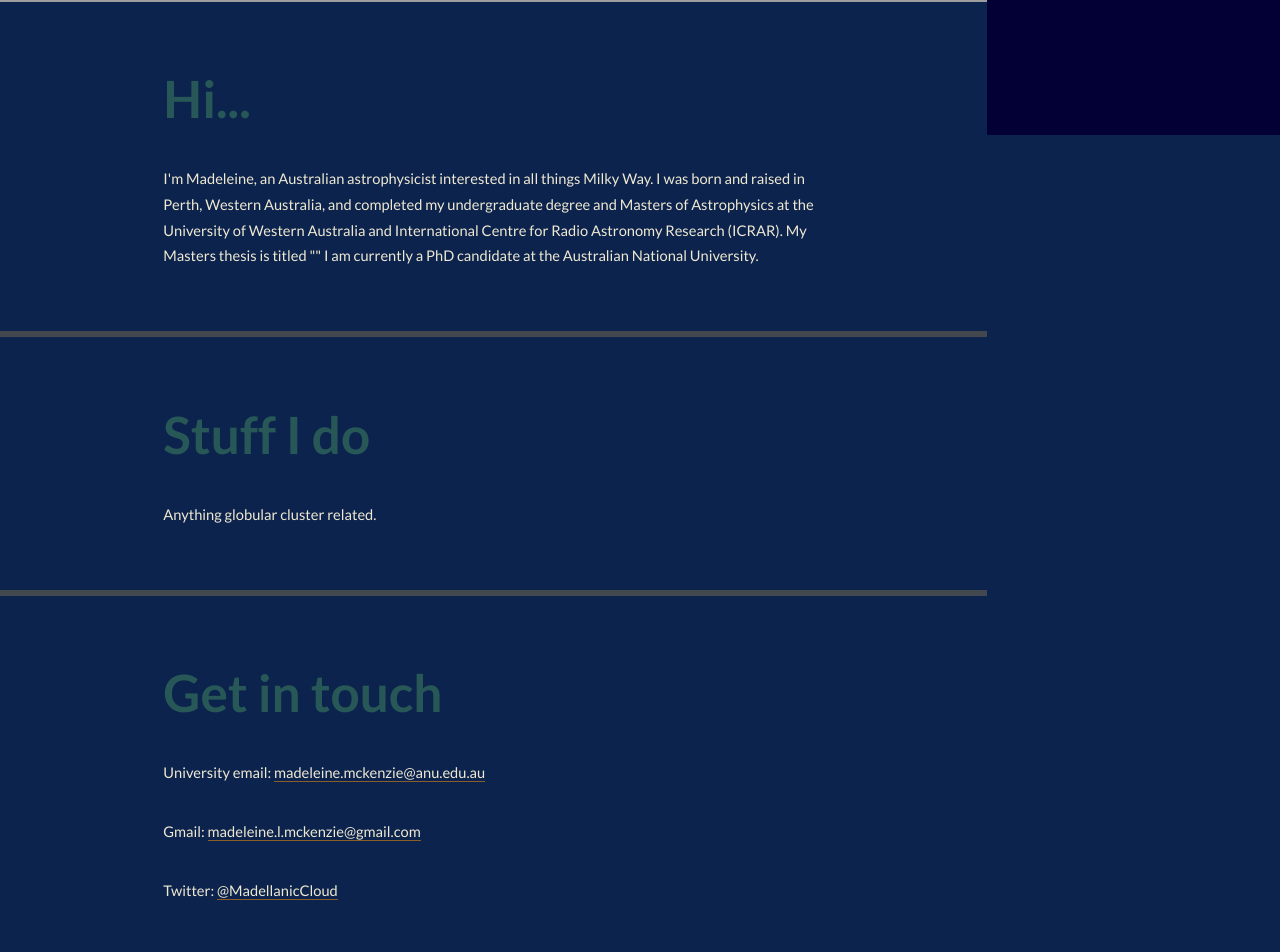
Repository: madeleine-mckenzie/madeleine-mckenzie.github.io
Page: index.html
These files come from the project's save history. The page is drawn as it stood at one moment and after the next save; the edit follows.
The browser window is 1280 px wide. The pictures show the part of the page from y = 585 to 1537 px (the page is 1746 px tall before and 1823 px after).
Pictures or frames that could not be fetched are drawn as grey boxes. Backgrounds fixed to the window are drawn as part of the page.

Above is the page before, as saved 2023-11-11 19:07:24.

### index.html
<!DOCTYPE HTML>
<!--
    Read Only by HTML5 UP
    html5up.net | @ajlkn
    Free for personal and commercial use under the CCA 3.0 license (html5up.net/license)
-->
<html>
    <head>
        <title>M. McKenzie</title>
        <meta charset="utf-8" />
        <meta name="viewport" content="width=device-width, initial-scale=1, user-scalable=no" />
        <link rel="stylesheet" href="assets/css/main.css" />
        <style>
            /* Custom style */
            body {
                background: url('images/2023_ANU_3MT_20230727_ANU2022 3.jpg') no-repeat center center fixed;
                background-size: cover;
            }
        </style>
    </head>
    <body class="is-preload">

        <!-- Header -->
        <section id="header">
            <header>
                <!-- Avatar image next to name -->
                <span class="image avatar"><img src="images/IG_DP.jpeg" alt="Madeleine L. McKenzie" /></span>
                <h1>Madeleine L. McKenzie</h1>
                <p>PhD candidate at the Australian National University</p>
            </header>
            <nav id="nav">
                <ul>
                    <li><a href="#one" class="active">About</a></li>
                    <li><a href="#two">My Work</a></li>
                    <li><a href="#three">Contact</a></li>
                </ul>
            </nav>
        </section>

        <!-- Wrapper -->
        <div id="wrapper">

            <!-- Main -->
            <div id="main">

                <!-- One -->
                <section id="one">
                    <div class="image main" data-position="center">
                        <!-- Top banner image -->
                        <img src="images/2023_ANU_3MT_20230727_ANU2022.jpg" alt="" />
                    </div>
                    <div class="container">
                        <header class="major">
                            <h2>Hi...</h2>
                        </header>
                        <p>I'm Madeleine, an Australian astrophysicist interested in all things Milky Way. I was born and raised in Perth, Western Australia,
                            and completed my undergraduate degree and Masters of Astrophysics at the University of Western Australia and International Centre
                            for Radio Astronomy Research (ICRAR). My Masters thesis is titled ""
                            I am currently a PhD candidate at the Australian National University.
                        </p>
                    </div>
                </section>

                <!-- Two -->
                <section id="two">
                    <div class="container">
                        <header class="major">
                            <h2>Stuff I do</h2>
                        </header>
                        <p>Anything globular cluster related.</p>
                        <!-- Icons grid here -->
                    </div>
                </section>

                <!-- Three -->
                <section id="three">
                    <div class="container">
                        <header class="major">
                            <h2>Get in touch</h2>
                        </header>
                        <p>University email: <a href="mailto:madeleine.mckenzie@anu.edu.au">madeleine.mckenzie@anu.edu.au</a></p>
                        <p>Gmail: <a href="mailto:madeleine.l.mckenzie@gmail.com">madeleine.l.mckenzie@gmail.com</a></p>
                        <p>Twitter: <a href="https://twitter.com/MadellanicCloud" target="_blank">@MadellanicCloud</a></p>
                    </div>
                </section>

            </div>

            <!-- Footer -->
            <section id="footer">
                <div class="container">
                    <ul class="icons">
                        <!-- Social media icons here -->
                        <li><a href="#" class="icon brands fa-twitter"><span class="label">Twitter</span></a></li>
                        <li><a href="#" class="icon brands fa-facebook-f"><span class="label">Facebook</span></a></li>
                        <li><a href="#" class="icon brands fa-instagram"><span class="label">Instagram</span></a></li>
                        <li><a href="#" class="icon brands fa-github"><span class="label">Github</span></a></li>
                        <li><a href="#" class="icon solid fa-envelope"><span class="label">Email</span></a></li>
                    </ul>
                    <ul class="copyright">
                        <li>&copy; M. McKenzie</li>
                        <li>Design: <a href="http://html5up.net">HTML5 UP</a></li>
                    </ul>
                </div>
            </section>

        </div>

        <!-- Scripts -->
        <script src="assets/js/jquery.min.js"></script>
        <script src="assets/js/jquery.scrollex.min.js"></script>
        <script src="assets/js/jquery.scrolly.min.js"></script>
        <script src="assets/js/browser.min.js"></script>
        <script src="assets/js/breakpoints.min.js"></script>
        <script src="assets/js/util.js"></script>
        <script src="assets/js/main.js"></script>

    </body>
</html>

Loaded but not shown: assets/css/fontawesome-all.min.css (library); assets/js/jquery.min.js (library); assets/js/jquery.scrollex.min.js (common file); assets/js/jquery.scrolly.min.js (common file); assets/js/browser.min.js (common file); assets/js/breakpoints.min.js (common file); assets/js/util.js (587 lines, source omitted); assets/js/main.js (159 lines, source omitted); assets/css/main.css (3340 lines, source omitted)

After the next save:
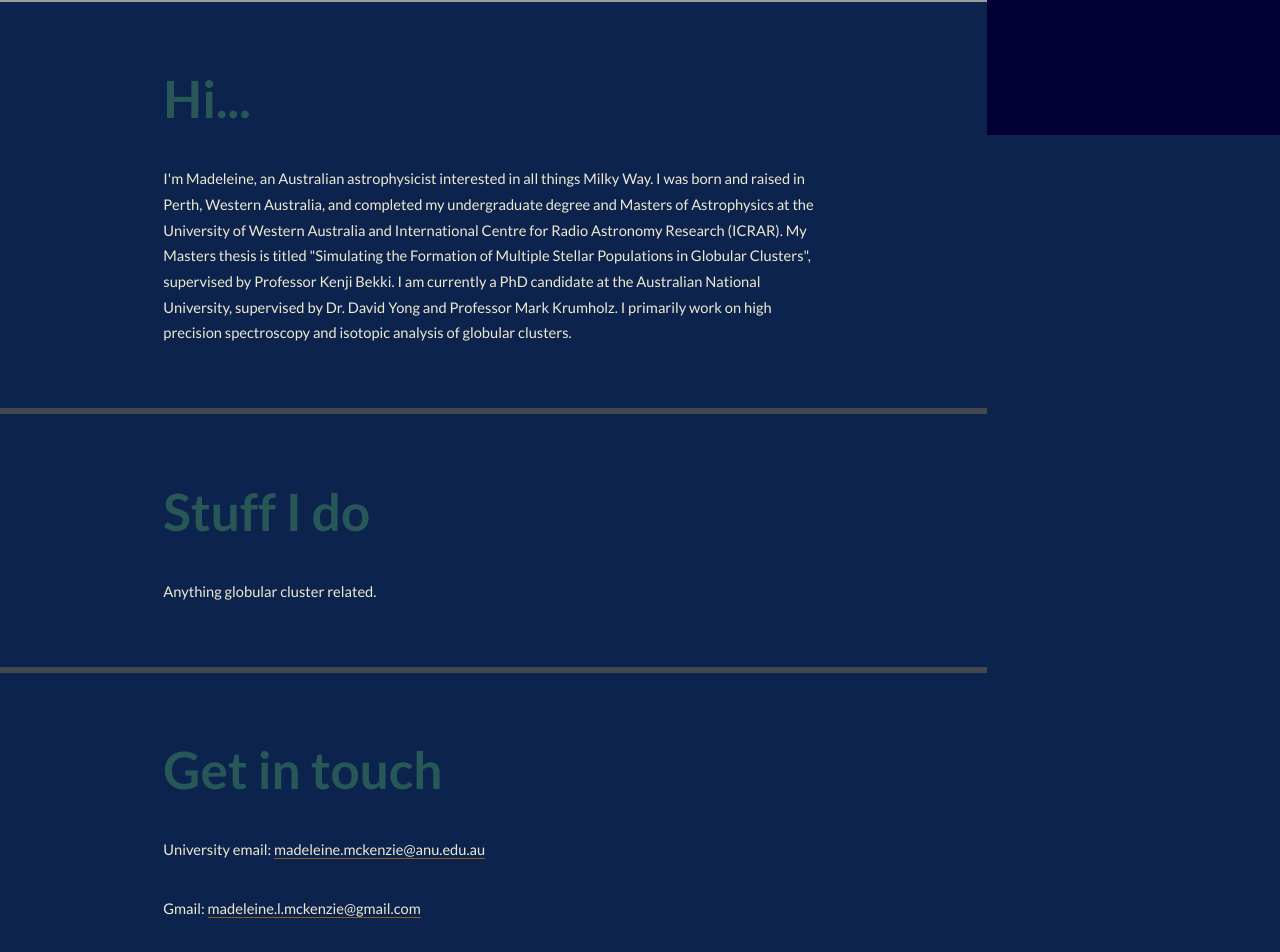
Saved 111 s later.
--- a/index.html
+++ b/index.html
@@ -55,8 +55,9 @@
                         </header>
                         <p>I'm Madeleine, an Australian astrophysicist interested in all things Milky Way. I was born and raised in Perth, Western Australia,
                             and completed my undergraduate degree and Masters of Astrophysics at the University of Western Australia and International Centre
-                            for Radio Astronomy Research (ICRAR). My Masters thesis is titled ""
-                            I am currently a PhD candidate at the Australian National University.
+                            for Radio Astronomy Research (ICRAR). My Masters thesis is titled "Simulating the Formation of Multiple Stellar Populations in Globular Clusters", supervised
+                            by Professor Kenji Bekki. I am currently a PhD candidate at the Australian National University, supervised by Dr. David Yong and Professor Mark Krumholz.
+                            I primarily work on high precision spectroscopy and isotopic analysis of globular clusters.
                         </p>
                     </div>
                 </section>
